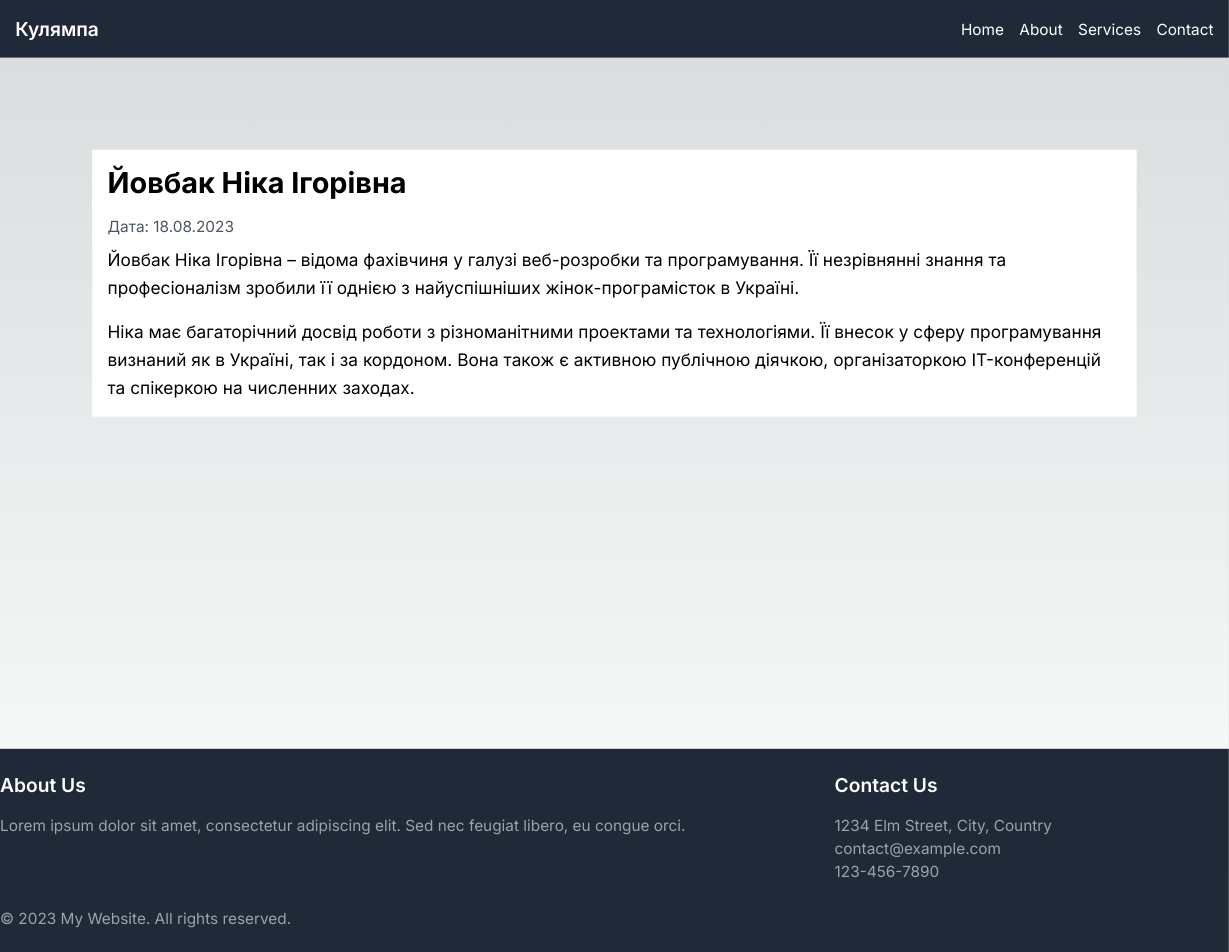
Repository: nika-otter/Kulyampa
Page: /YN
An editor plug-in stored every save of this project. The page is shown before and after the next save, followed by the edit.
The browser window is 1280 px wide. The pictures show the whole page, at 96% of full size.
The project was rebuilt for these pictures with package versions that can differ from the ones it lists, and the page was loaded fresh each time. The framework's server and built-in components were replaced by stand-ins that run in the browser. Also part of the build but not shown: next.config.js.

Above is the page before, as saved 2023-08-19 01:53:33.

After the next save:
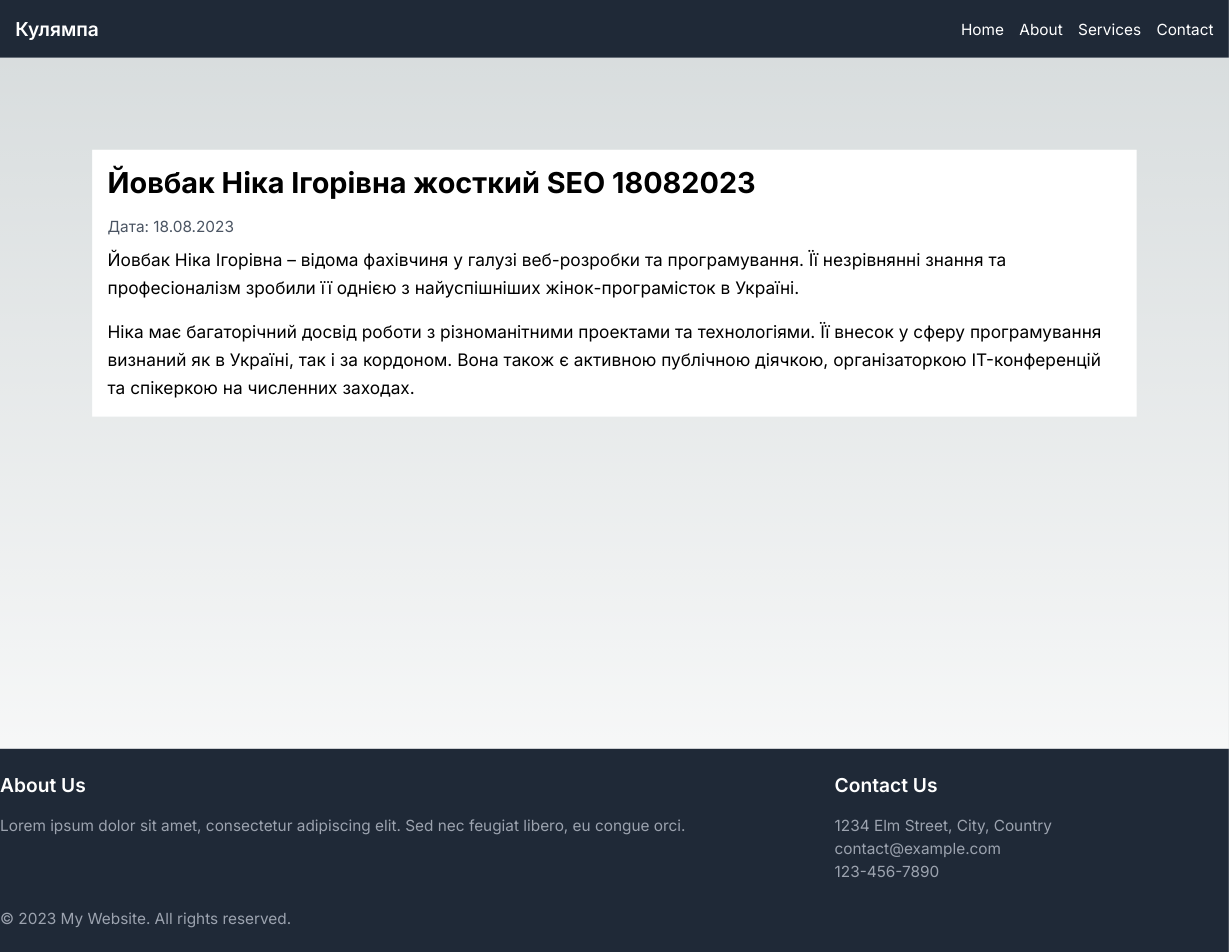
Saved 33 s later.
--- a/app/YN/page.tsx
+++ b/app/YN/page.tsx
@@ -5,7 +5,7 @@ export default function YN() {
   return (
     <>
       <div className="bg-white p-4">
-      <h1 className="text-3xl font-bold mb-4">Йовбак Ніка Ігорівна</h1>
+      <h1 className="text-3xl font-bold mb-4">Йовбак Ніка Ігорівна жосткий SEO 18082023</h1>
       <p className="text-gray-600 mb-2">Дата: 18.08.2023</p>
       <p className="text-lg leading-relaxed mb-4">
         Йовбак Ніка Ігорівна – відома фахівчиня у галузі веб-розробки та
